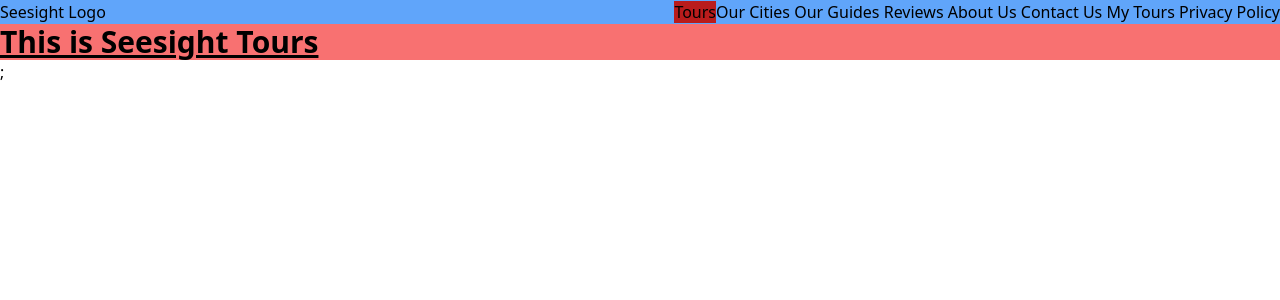
Repository: AmelUlMulk/seesight-tours-test
Page: /
These files come from the project's save history. The page is drawn as it stood at one moment and after the next save; the edit follows.
The browser window is 1280 px wide. The pictures show the whole page.
The project was rebuilt for these pictures with package versions that can differ from the ones it lists, and the page was loaded fresh each time. The framework's server and built-in components were replaced by stand-ins that run in the browser. Also part of the build but not shown: next.config.js.

Above is the page before, as saved 2022-12-27 11:59:45.

After the next save:
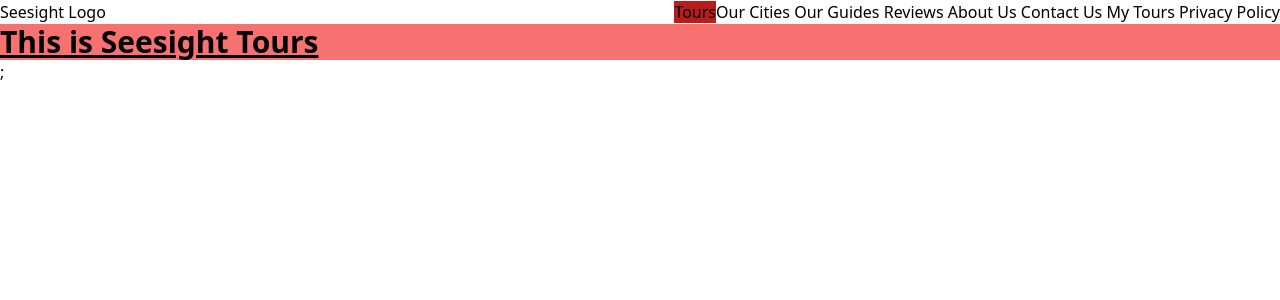
Saved 100 s later.
--- a/layouts/NavBar.tsx
+++ b/layouts/NavBar.tsx
@@ -3,7 +3,7 @@
 
 const NavBar = () => {
   return (
-    <div className="flex w-100 bg-blue-400">
+    <div className="flex w-100">
       <div className="logo flex-1">
         <h1>Seesight Logo</h1>
       </div>

After the save that followed:
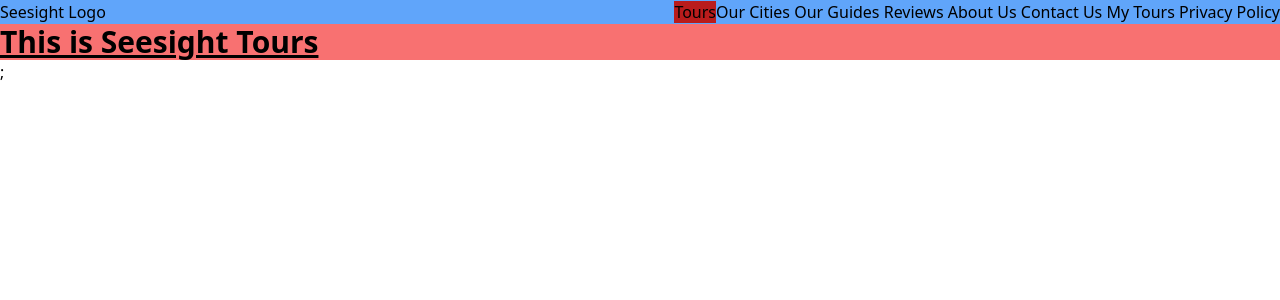
Saved 10 s later.
--- a/layouts/NavBar.tsx
+++ b/layouts/NavBar.tsx
@@ -3,7 +3,7 @@
 
 const NavBar = () => {
   return (
-    <div className="flex w-100">
+    <div className="flex w-100 bg-blue-400">
       <div className="logo flex-1">
         <h1>Seesight Logo</h1>
       </div>
